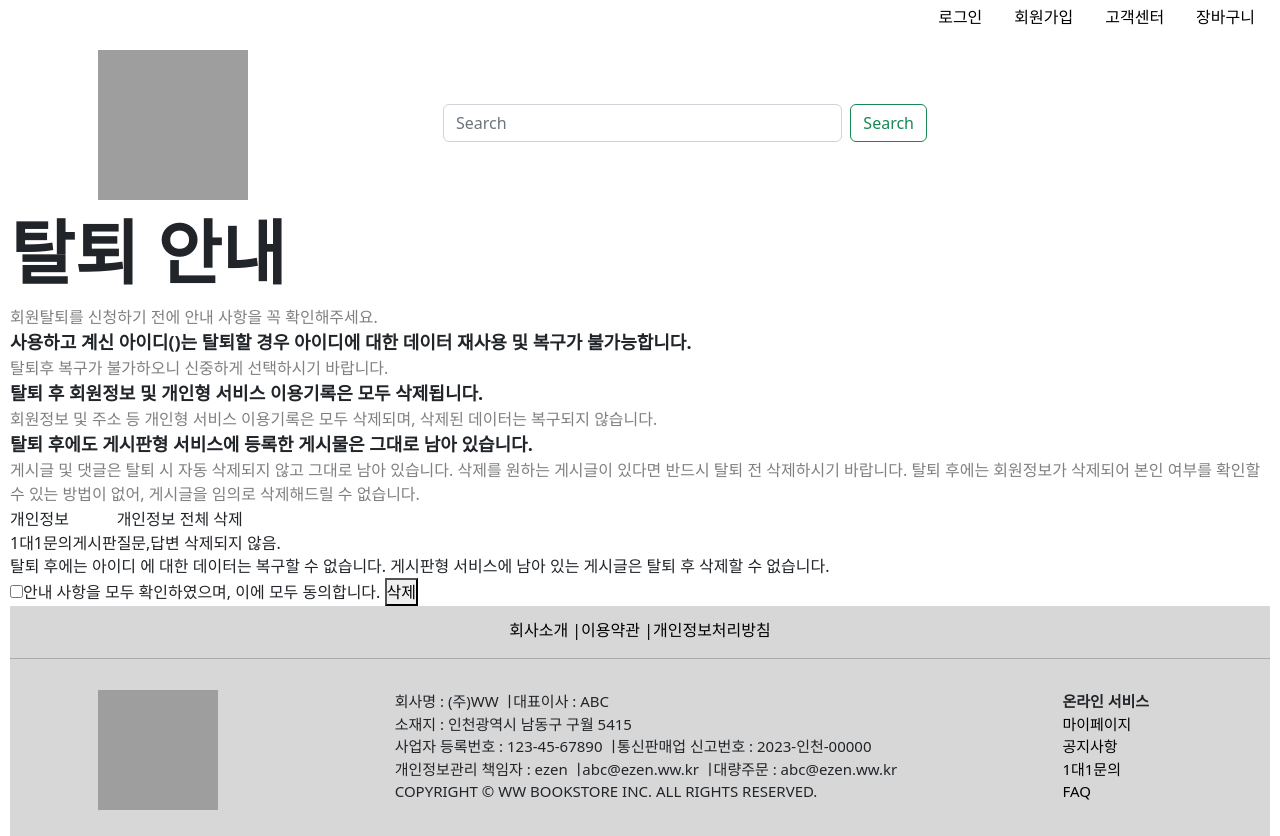
Repository: leehyeonung/project4
Page: http://localhost/book/WEB-INF/views/member/delete.jsp
The author's editor kept a copy of each file at every save. The page is drawn from the files as they stood at one save, then again after the next save.
The browser window is 1280 px wide. The pictures show the whole page.
Pictures or frames that could not be fetched are drawn as grey boxes. The page is served by Tomcat 9. Nobody is signed in. Other server files are loaded and not shown. The template is opened directly, without the code that normally fills it, so the values that code supplies are empty.

Above is the page before, as saved 2023-01-06 05:57:14.

### book/src/main/webapp/WEB-INF/views/member/delete.jsp
<%@ page language="java" contentType="text/html; charset=UTF-8"
    pageEncoding="UTF-8"%>
<%@ taglib uri="http://java.sun.com/jsp/jstl/core" prefix="c"%>
<link rel="stylesheet" type="text/css" href="/resources/css/delete.css">

<!DOCTYPE html>
<html>
<head>
<meta charset="UTF-8">
<title>Insert title here</title>
<link rel="stylesheet" type="text/css" href="/resources/css/main.css">
</head>
<body>

<jsp:include page="../layout/header.jsp"></jsp:include>
<div class="main">
<div class="sub">탈퇴 안내</div>
<div class="short">회원탈퇴를 신청하기 전에 안내 사항을 꼭 확인해주세요.</div>
<div class="long">사용하고 계신 아이디(${ses.mem_id})는 탈퇴할 경우 아이디에 대한 데이터 재사용 및 복구가 불가능합니다.</div>
<div class="short">탈퇴후 복구가 불가하오니 신중하게 선택하시기 바랍니다.</div>
<div class="long">탈퇴 후 회원정보 및 개인형 서비스 이용기록은 모두 삭제됩니다.</div>
<div class="short">회원정보 및 주소 등 개인형 서비스 이용기록은 모두 삭제되며, 삭제된 데이터는 복구되지 않습니다.</div>
<div class="long">탈퇴 후에도 게시판형 서비스에 등록한 게시물은 그대로 남아 있습니다.</div>
<div class="short">
게시글 및 댓글은 탈퇴 시 자동 삭제되지 않고 그대로 남아 있습니다.
삭제를 원하는 게시글이 있다면 반드시 탈퇴 전 삭제하시기 바랍니다.
탈퇴 후에는 회원정보가 삭제되어 본인 여부를 확인할 수 있는 방법이 없어, 게시글을 임의로 삭제해드릴 수 없습니다.
</div>
<table>
<tr>
<td>개인정보</td>
<td>개인정보 전체 삭제</td>
</tr>
<tr>
<td>1대1문의게시판</td>
<td>질문,답변 삭제되지 않음.</td>
</tr>
</table>
탈퇴 후에는 아이디 ${ses.mem_id}에 대한 데이터는 복구할 수 없습니다.
게시판형 서비스에 남아 있는 게시글은 탈퇴 후 삭제할 수 없습니다.
<form action="/mem/delete?mem_num=${ses.mem_num}" method="post" >
<input type="checkbox" name="deletecheck" value="okay">안내 사항을 모두 확인하였으며, 이에 모두 동의합니다.
<button type="submit">삭제</button>
</form>
</div>
<jsp:include page="../layout/footer.jsp"></jsp:include>
</body>
</html>

### book/src/main/webapp/WEB-INF/views/layout/header.jsp
<%@ page language="java" contentType="text/html; charset=UTF-8"
    pageEncoding="UTF-8"%>
<%@ taglib uri="http://java.sun.com/jsp/jstl/core" prefix="c"%>
<!DOCTYPE html>
<html>
<head>
<meta charset="UTF-8">
<title>Insert title here</title>
<!-- CSS only -->
<link href="https://cdn.jsdelivr.net/npm/bootstrap@5.2.2/dist/css/bootstrap.min.css"
rel="stylesheet" integrity="sha384-Zenh87qX5JnK2Jl0vWa8Ck2rdkQ2Bzep5IDxbcnCeuOxjzrPF/et3URy9Bv1WTRi"
crossorigin="anonymous">
<link rel="stylesheet" type="text/css" href="/resources/css/header.css">
</head>
<body>
<div class="header">
    <div class="menu">
        <c:if test="${ses.mem_id ==null}">
        <ul><a href="/mem/loginPage">로그인</a></ul>
        <ul><a href="/mem/joinPage">회원가입</a></ul>
        </c:if>
        <c:if test="${ses.mem_id == 'admin' }">
        <ul><a href="/mem/logOut">로그아웃</a></ul>
        <ul><a href="/mem/adminpage">관리인페이지</a></ul>
        </c:if>
        <c:if test="${ses.mem_id !=null && ses.mem_id !='admin' }">
        <ul><a href="/mem/logOut">로그아웃</a></ul>
        <ul><a href="/mem/mypage">마이페이지</a></ul>
        </c:if>
        <ul><a href="#">고객센터</a></ul>
        <ul><a href="#">장바구니</a></ul>
    </div>
    <div class="bar">
       <div class="logo">
         <a href="/"><img src="/resources/image/logo.jpg" alt="로고"></a>
       </div>
         <div class="searchBar">
            <form class="d-flex" role="search">
                 <input class="form-control me-2" type="search" placeholder="Search" aria-label="Search">
                 <button class="btn btn-outline-success" type="submit">Search</button>
              </form>
         </div>
       <div class="icons">
         <a href=""><i class="fa-solid fa-cart-shopping"></i></a>
            <a href=""><i class="fa-solid fa-user"></i></a>
       </div>
    </div>
</div>
</body>
</html>

### book/src/main/webapp/WEB-INF/views/layout/footer.jsp
<%@ page language="java" contentType="text/html; charset=UTF-8"
   pageEncoding="UTF-8"%>
<!DOCTYPE html>
<html>
<head>
<meta charset="UTF-8">
<title>Insert title here</title>
<link rel="stylesheet" type="text/css" href="/resources/css/footer.css">

</head>

<body>
   <div class="footer">
      <div class="footer-top">
         <ul>
            <li><a href="/introduce">회사소개 | </a></li>
            <li><a href="">이용약관 | </a></li>
            <li><a href="">개인정보처리방침</a></li>
         </ul>
      </div>
      <hr>
      <div class="address">
         <div class="footer-logo">
            <img src="/resources/image/logo.jpg" alt="로고">
         </div>
         <div class="address-box">
            <ul>
               <li>회사명 : (주)WW <span style="margin-right: -7px;">ㅣ</span>
                  대표이사 : ABC
               </li>

               <li>소재지 : 인천광역시 남동구 구월 5415</li>
               <li>사업자 등록번호 : 123-45-67890 <span style="margin-right: -7px;">ㅣ</span>
                  통신판매업 신고번호 : 2023-인천-00000
               </li>

               <li>개인정보관리 책임자 : ezen <span style="margin-right: -7px;">ㅣ</span>
                  abc@ezen.ww.kr <span style="margin-right: -7px;">ㅣ</span> 대량주문 :
                  abc@ezen.ww.kr
               </li>

               <li>COPYRIGHT © WW BOOKSTORE INC. ALL RIGHTS RESERVED.</li>

            </ul>

         </div>
         <div class="online-serviceBar">
            <strong>온라인 서비스</strong>
            <ul>
               <li><a href="">마이페이지</a></li>
               <li><a href="">공지사항</a></li>
               <li><a href="">1대1문의</a></li>
               <li><a href="">FAQ</a></li>
            </ul>
         </div>
      </div>
   </div>

</body>
</html>

### book/src/main/webapp/resources/css/delete.css
@charset "UTF-8";

.main{
	margin: 0px 196px;
}

.sub{
	font-size: 70px;
	font-weight:900;
}
.long{
	font-size:large;
	font-weight: 900;
}

.short{
	color: gray;
}

### book/src/main/webapp/resources/css/main.css
@charset "UTF-8";

.main{
	width:1260px;
	margin: 0 auto;
}

### book/src/main/webapp/resources/css/header.css
@charset "UTF-8";
*{
	margin: 0px;
	padding: 0px;
}
.header{
    width: 1260px;
    height: 200px;
   /*  background-color: pink; */
}
.menu{
   display: flex;
   justify-content: flex-end;
   padding:5px;

}
.logo{
    width: 150px;
    height: 150px;
    background-color: blue;
}
.logo>a>img{
    width: 150px;
    height: 150px;
}
.searchBar{
   /* position:absolute; */
    width: 484px;
    height: 42px;
    /* background-color: gold; */
    margin-top:54px;
    border-radius: 30px;

}
.bar{

   height: 150px;
   display: flex;
   flex-direction: row;
   flex-wrap:nowrap;
   justify-content:space-around;
/*    align-items: baseline; */


}
i{
    font-size: 42px;
    color: black;
    margin-top:54px;
    margin-right: 20px;
}

### book/src/main/webapp/resources/css/footer.css
@charset "UTF-8";
.footer {
   width: 1260px;
   height: 230px;
   background-color: rgba(175, 175, 175, 0.5);
   margin: 0 auto;
}

.footer-logo {

   width: 120px;
   height: 120px;
   background-color: beige;
}
.footer-logo>img{
   width: 120px;
   height: 120px;
}

.address-box {
   text-align: left;
   padding: 0;
   margin: 0;
}

.address {
   padding: 15px;
   height: 150px;
   display: flex;
   font-size: 15px;
   /* align-items: baseline; */
   flex-direction: row;
   flex-wrap: nowrap;
   justify-content: space-around;
}

ul {
   list-style: none;
}

.footer, .address li {

}

.footer-top {
   text-align: center;
   padding-top: 12px;
}

.footer-top>ul {
   margin: 0;
   padding: 0;
   display: flex;
   justify-content: center;
}

.footer-top>li {
   margin: 0;
   padding: 0;
}

a {
   text-decoration-line: none;
   color: black;
}

a:visited {
   text-decoration: none;
}

a:hover {
   text-decoration: none;
}

a:focus {
   text-decoration: none;
}

a:hover, a:active {
   text-decoration: none;
}

.online-serviceBar {
   padding: 0px;
   margin-left: 20px;
   width: 120px;
   height: 120px;
}

.online-serviceBar>ul {
   margin: 0px;
   padding: 0px;
}

After the next save:
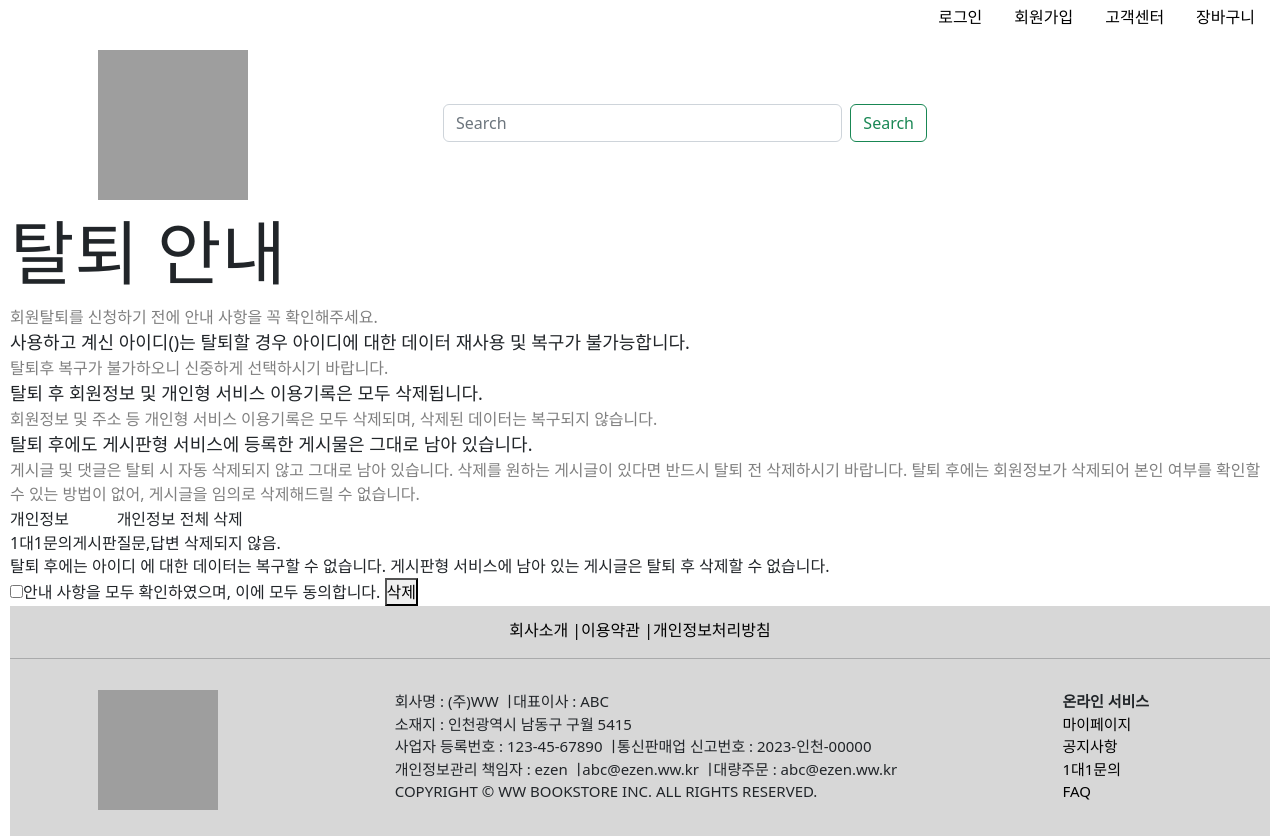
Saved 18 s later.
--- a/book/src/main/webapp/resources/css/delete.css
+++ b/book/src/main/webapp/resources/css/delete.css
@@ -6,11 +6,11 @@
 
 .sub{
 	font-size: 70px;
-	font-weight:900;
+	font-weight:5000;
 }
 .long{
 	font-size:large;
-	font-weight: 900;
+	font-weight: 5000;
 }
 
 .short{
